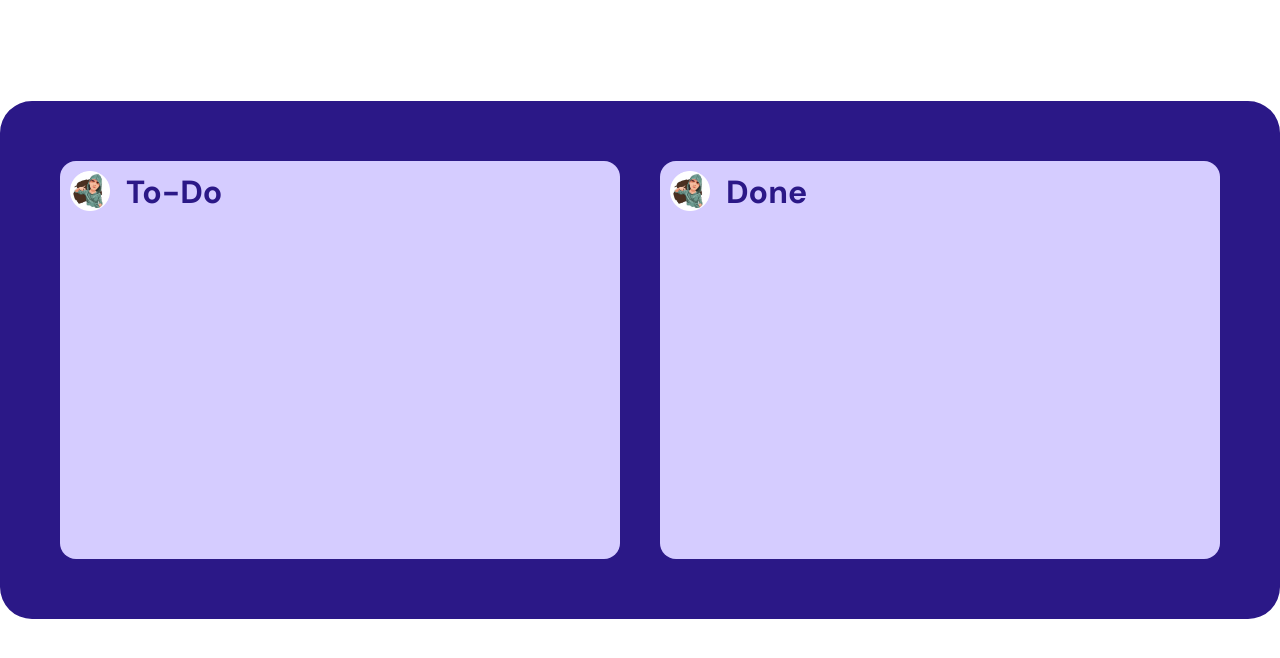
Repository: VitasYo/Kanban
Page: index.html
These files come from the project's save history. The page is drawn as it stood at one moment and after the next save; the edit follows.
The browser window is 1280 px wide. The pictures show the whole page.

Above is the page before, as saved 2024-04-14 23:46:20.

After the next save:
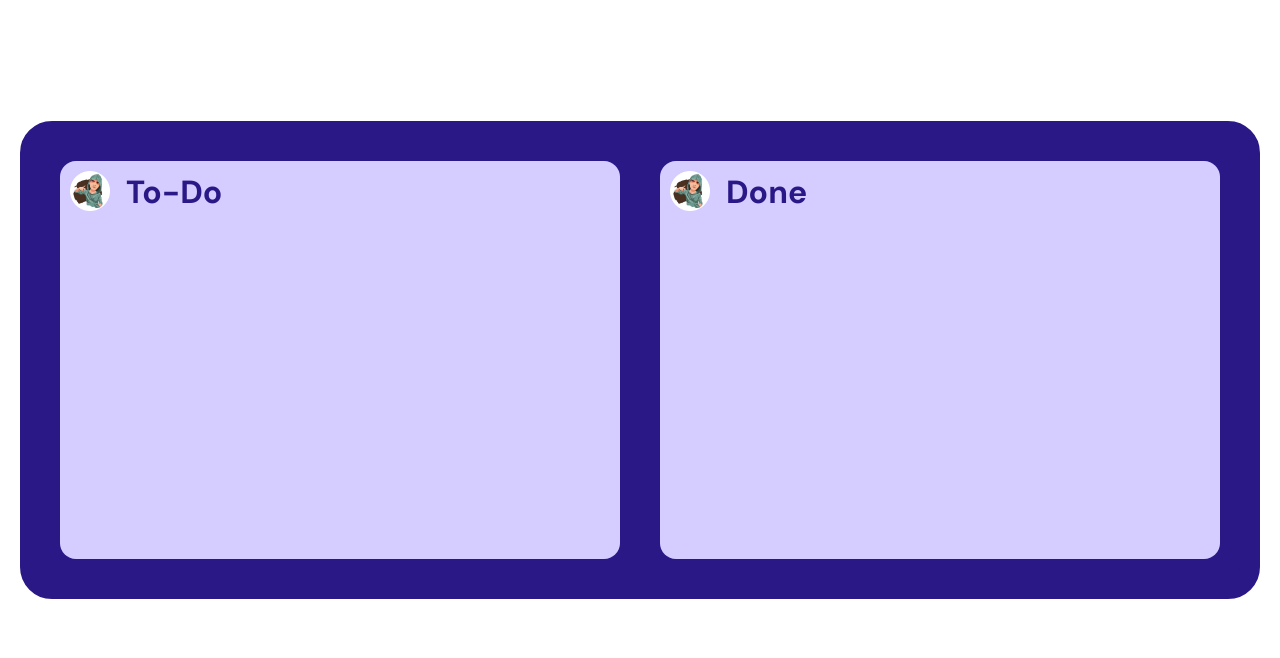
Saved 5 s later.
--- a/src/assets/css/component/_kanban.css
+++ b/src/assets/css/component/_kanban.css
@@ -5,7 +5,7 @@
     flex-grow: 1;
     flex: 0 0 100%;
     border-radius: 32px;
-    border: 40px solid #2B1887;
+    border: 20px solid #2B1887;
     background-color: #2B1887;
     display: grid;
     grid-template-columns: 1fr 1fr;
